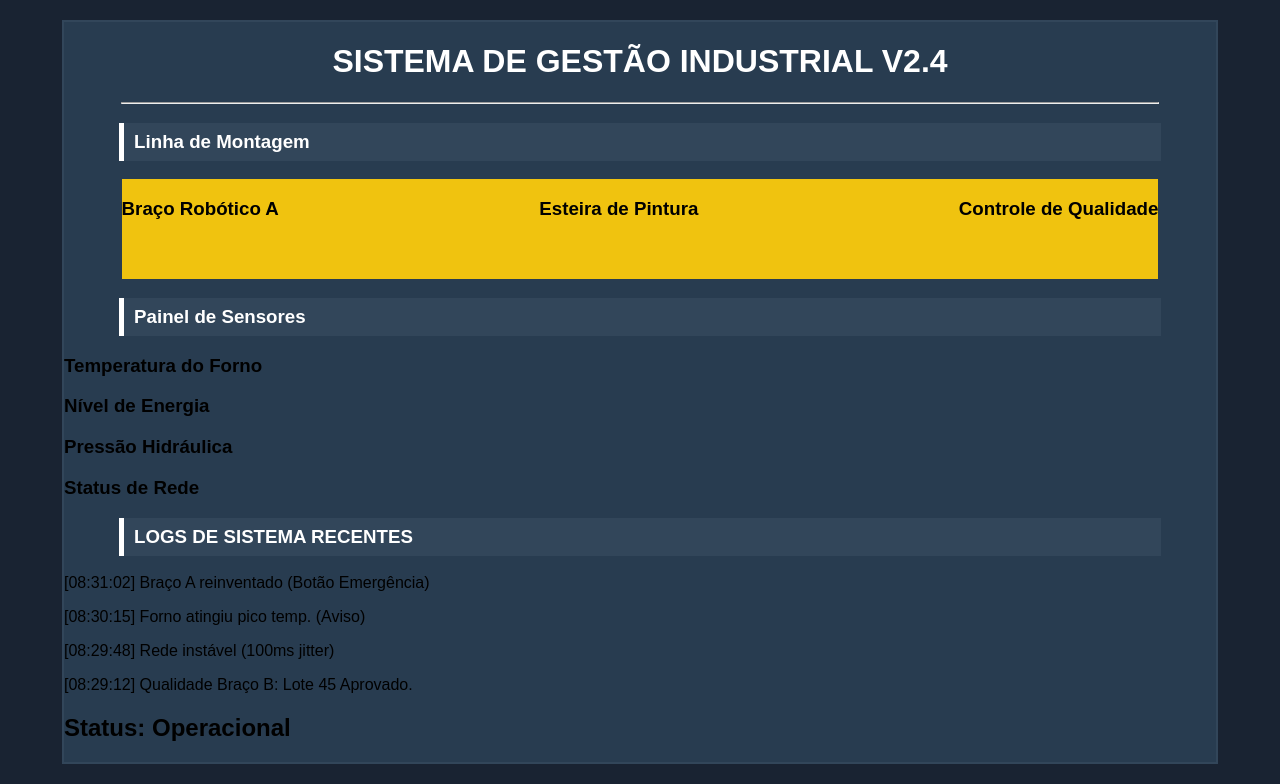
Repository: DanielEDapper/Front-WEG
Page: ProfeIgor/Aula5 - Dashboard Industrial/index.html
An editor plug-in stored every save of this project. The page is shown before and after the next save, followed by the edit.
The browser window is 1280 px wide. The pictures show the whole page.
Some icons come from a web library that is not loaded, so they are not drawn.

Above is the page before, as saved 2026-05-29 19:33:44.

After the next save:
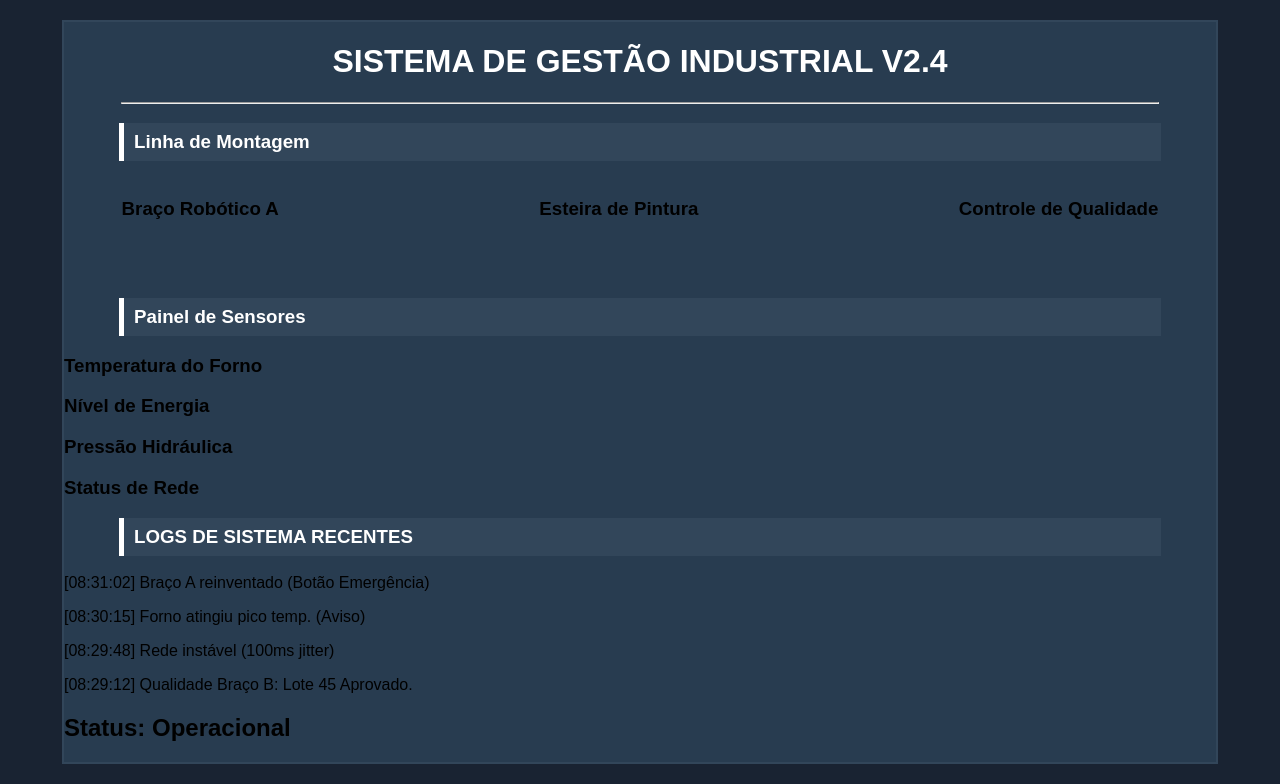
Saved 8 s later.
--- a/ProfeIgor/Aula5 - Dashboard Industrial/style.css
+++ b/ProfeIgor/Aula5 - Dashboard Industrial/style.css
@@ -54,7 +54,6 @@ hr{
 }
 
 .container-montagem{
-    background-color: var(--warning);
     display: flex;
     width: 90%;
     justify-self: center;
